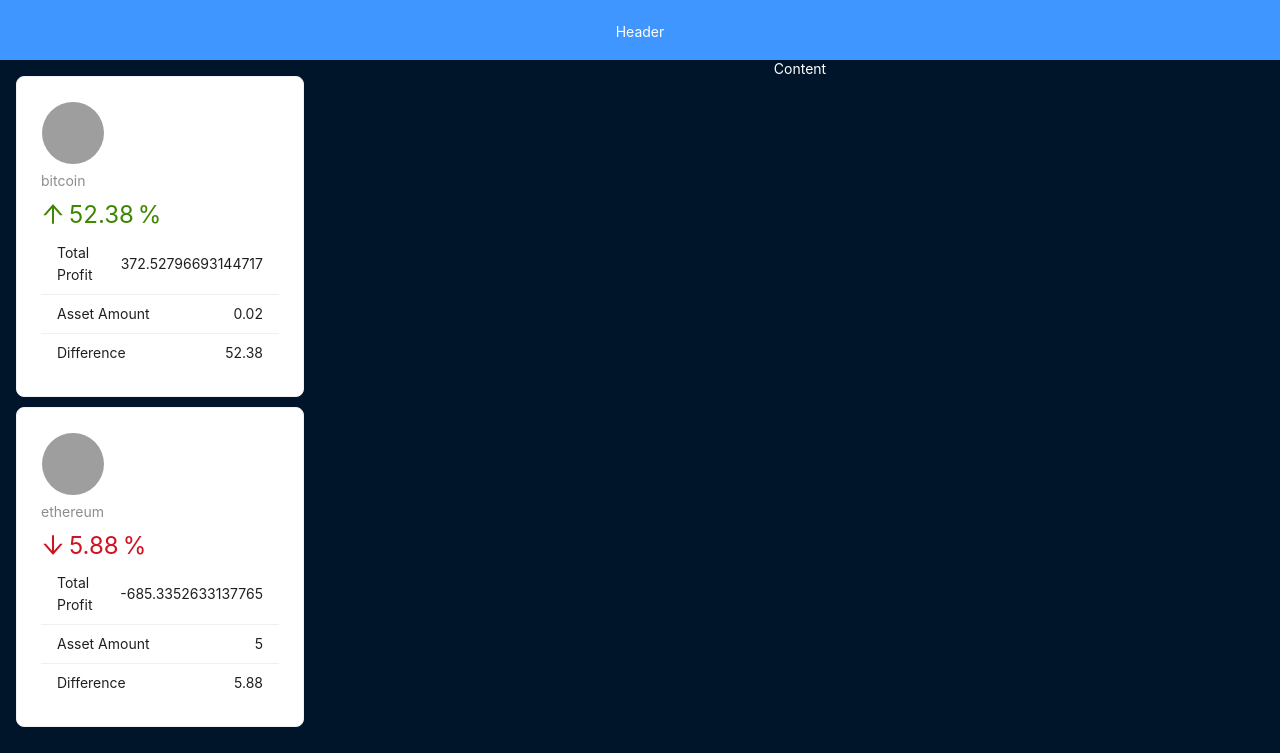
Repository: Vadia23/React-Crypto-App
Page: /
An editor plug-in stored every save of this project. The page is shown before and after the next save, followed by the edit.
The browser window is 1280 px wide. The pictures show the whole page.
Pictures or frames that could not be fetched are drawn as grey boxes. The project was rebuilt for these pictures with package versions that can differ from the ones it lists, and the page was loaded fresh each time. Also part of the build but not shown: vite.config.js.

Above is the page before, as saved 2024-02-08 19:50:06.

### src/App.jsx
import { Layout } from "antd";
import AppHeader from "./components/layout/AppHeader";
import AppSider from "./components/layout/AppSider";
import AppContent from "./components/layout/AppConten";

export default function App() {
  return (
    <Layout>
      <AppHeader />
      <Layout>
        <AppSider />
        <AppContent />
      </Layout>
    </Layout>
  );
}

### src/components/layout/AppHeader.jsx
import { Layout } from "antd";

const headerStyle = {
  textAlign: "center",
  color: "#fff",
  height: 60,
  paddingInline: 48,
  lineHeight: "64px",
  backgroundColor: "#4096ff",
};

export default function AppHeader() {
  return <Layout.Header style={headerStyle}>Header</Layout.Header>;
}

### src/components/layout/AppSider.jsx
import { Avatar, Card, Layout, List, Spin, Statistic, Typography } from "antd";
import { ArrowDownOutlined, ArrowUpOutlined } from "@ant-design/icons";
import { useEffect, useState } from "react";
import { fakeFetchCrypto, fetchAssets } from "../../api";
import { percentDifference } from "../../utils";

const siderStyle = {
  padding: "1rem",
};

const data = [
  "Racing car sprays burning fuel into crowd.",
  "Japanese princess to wed commoner.",
  "Australian walks 100km after outback crash.",
  "Man charged over missing wedding girl.",
  "Los Angeles battles huge wildfires.",
];

export default function AppSider() {
  const [isLoading, setIsLoading] = useState(false);
  const [crypto, setCrypto] = useState([]);
  const [assets, setAssets] = useState([]);

  useEffect(() => {
    async function preload() {
      setIsLoading(true);
      const { result } = await fakeFetchCrypto();
      const assets = await fetchAssets();

      setCrypto(result);
      setAssets(
        assets.map((asset) => {
          const coin = result.find((c) => c.id === asset.id);

          return {
            grow: asset.price < coin.price, // boolean for color of statistic
            growPercent: percentDifference(asset.price, coin.price),
            totalAmount: asset.amount * coin.price,
            totalProfit: asset.amount * coin.price - asset.amount * asset.price,
            icon: coin.icon,
            ...asset,
          };
        })
      );
      setIsLoading(false);
    }
    preload();
  }, []);
  console.log(crypto);
  console.log(assets);

  if (isLoading) {
    return <Spin spinning={isLoading} fullscreen />;
  }

  return (
    <Layout.Sider width="25%" style={siderStyle}>
      {assets.map((asset) => (
        <Card key={asset.id} style={{ marginBottom: "10px" }}>
          <Avatar size={64} src={asset.icon} style={{ marginBottom: "5px" }} />
          <Statistic
            title={asset.id}
            value={asset.growPercent}
            precision={2}
            valueStyle={{ color: asset.grow ? "#3f8600" : "#cf1322" }}
            prefix={asset.grow ? <ArrowUpOutlined /> : <ArrowDownOutlined />}
            suffix="%"
          />
          <List
            size="small"
            dataSource={[
              { title: "Total Profit", value: asset.totalProfit },
              { title: "Asset Amount", value: asset.amount },
              { title: "Difference", value: asset.growPercent },
            ]}
            renderItem={(item) => (
              <List.Item>
                <span>{item.title}</span>
                <span>{item.value}</span>
              </List.Item>
            )}
          />
        </Card>
      ))}
    </Layout.Sider>
  );
}

### src/components/layout/AppConten.jsx
import { Layout } from "antd";

const contentStyle = {
  textAlign: "center",
  minHeight: "calc(100vh - 60px)",
  color: "#fff",
  backgroundColor: "#001529",
};

export default function AppContent() {
  return <Layout.Content style={contentStyle}>Content</Layout.Content>;
}

### src/api.js
import { cryptoAssets, cryptoData } from "./data";

export function fakeFetchCrypto() {
  return new Promise((resolve) => {
    setTimeout(() => {
      resolve(cryptoData);
    }, 1);
  });
}
export function fetchAssets() {
  return new Promise((resolve) => {
    setTimeout(() => {
      resolve(cryptoAssets);
    }, 1);
  });
}

### src/utils.js
export function percentDifference(a, b) {
  return +(100 * Math.abs((a - b) / ((a + b) / 2))).toFixed(2);
}

Loaded but not shown: index.html (common file); src/main.jsx (common file); src/index.css (common file); src/data.js (625 lines, source omitted)

After the next save:
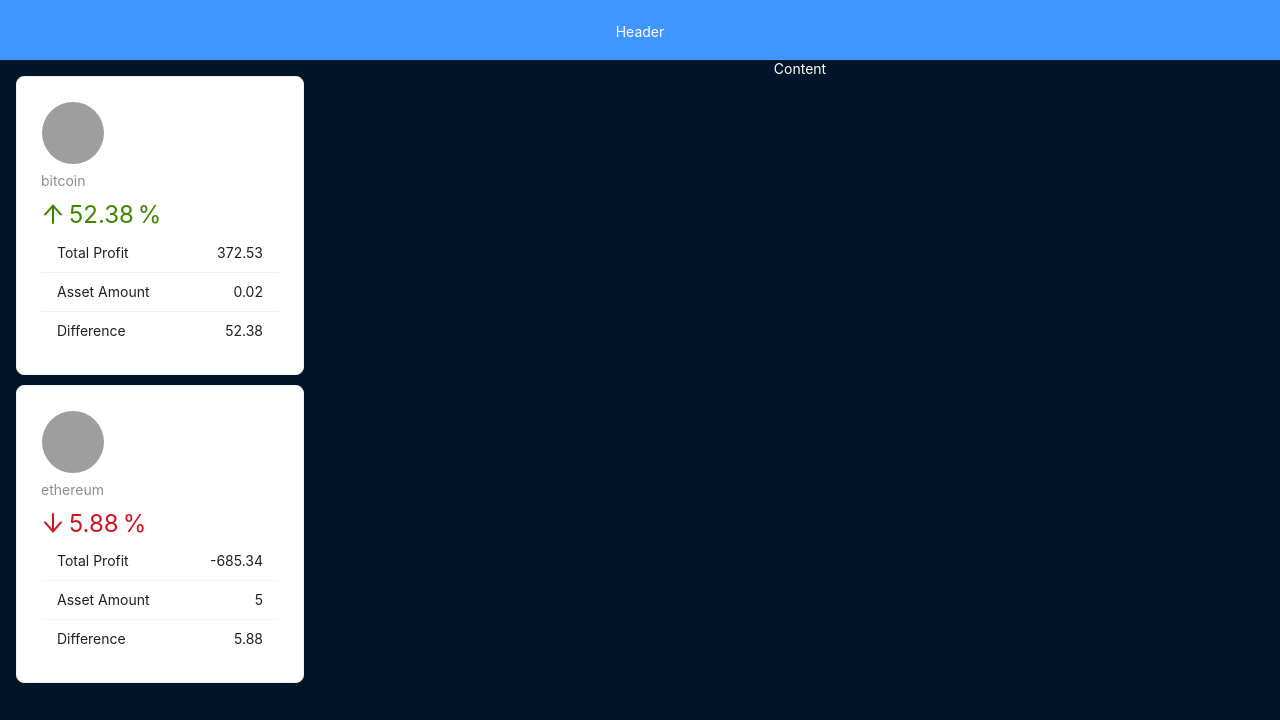
Saved 92 s later.
--- a/src/components/layout/AppSider.jsx
+++ b/src/components/layout/AppSider.jsx
@@ -36,7 +36,10 @@
             grow: asset.price < coin.price, // boolean for color of statistic
             growPercent: percentDifference(asset.price, coin.price),
             totalAmount: asset.amount * coin.price,
-            totalProfit: asset.amount * coin.price - asset.amount * asset.price,
+            totalProfit: +(
+              asset.amount * coin.price -
+              asset.amount * asset.price
+            ).toFixed(2),
             icon: coin.icon,
             ...asset,
           };
